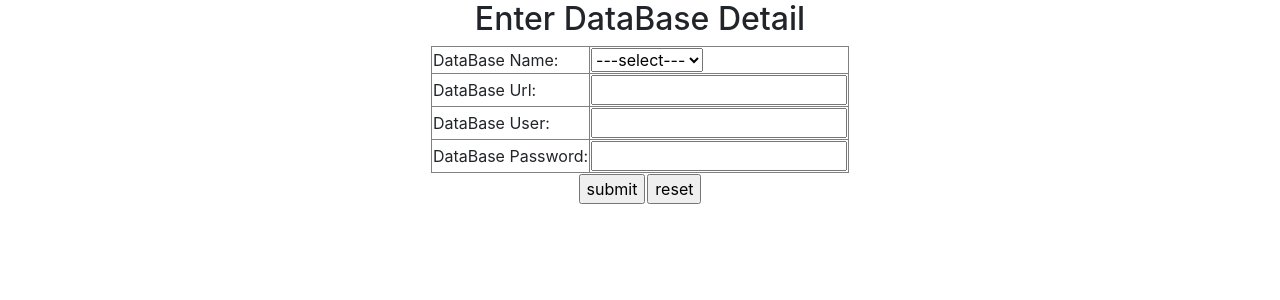
Repository: manish1905/MetaData_Details
Page: http://localhost/MetaData_Details/dbDetails
The author's editor kept a copy of each file at every save. The page is drawn from the files as they stood at one save, then again after the next save.
The browser window is 1280 px wide. The pictures show the whole page.
Some web libraries are served in a nearby version. The page is served by Tomcat 9.

Above is the page before, as saved 2019-01-04 05:49:14.
Console error: TypeError: Cannot read properties of undefined (reading 'fn')

After the next save:
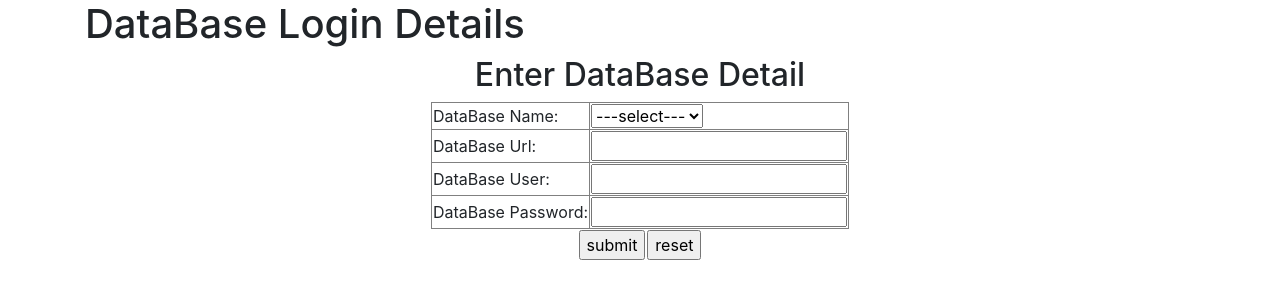
Saved 60 s later.
--- a/MetaData_Details/web/WEB-INF/jsps/dbDetail.jsp
+++ b/MetaData_Details/web/WEB-INF/jsps/dbDetail.jsp
@@ -38,7 +38,7 @@
 
 <body id="dbForm">
 <div class="container">
-
+<h1 class="form-heading">DataBase Login Details</h1>
 
 
 
